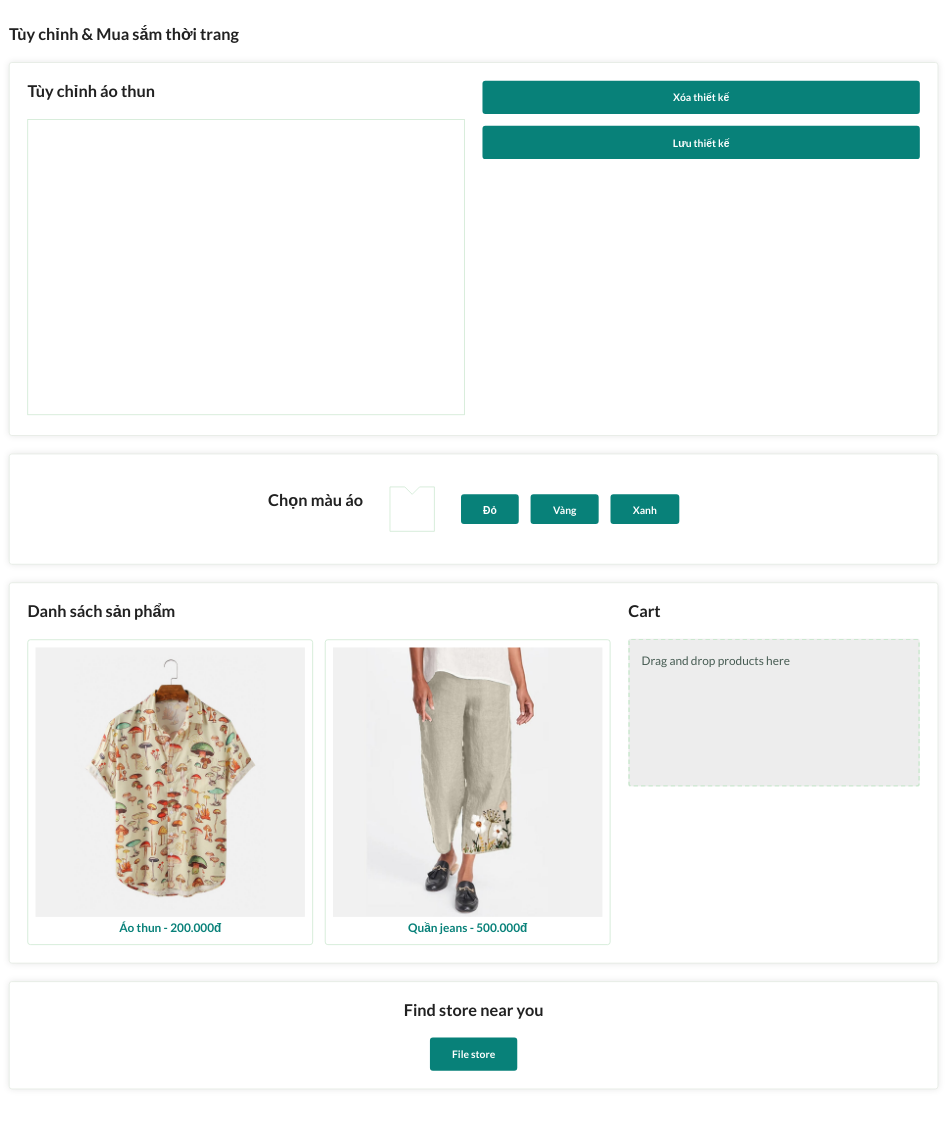
Repository: binhphanbp/evara-ecommerce
Page: custome-shop.html
These files come from the project's save history. The page is drawn as it stood at one moment and after the next save; the edit follows.
The browser window is 1280 px wide. The pictures show the whole page, at 74% of full size.

Above is the page before, as saved 2025-06-17 07:49:17.

After the next save:
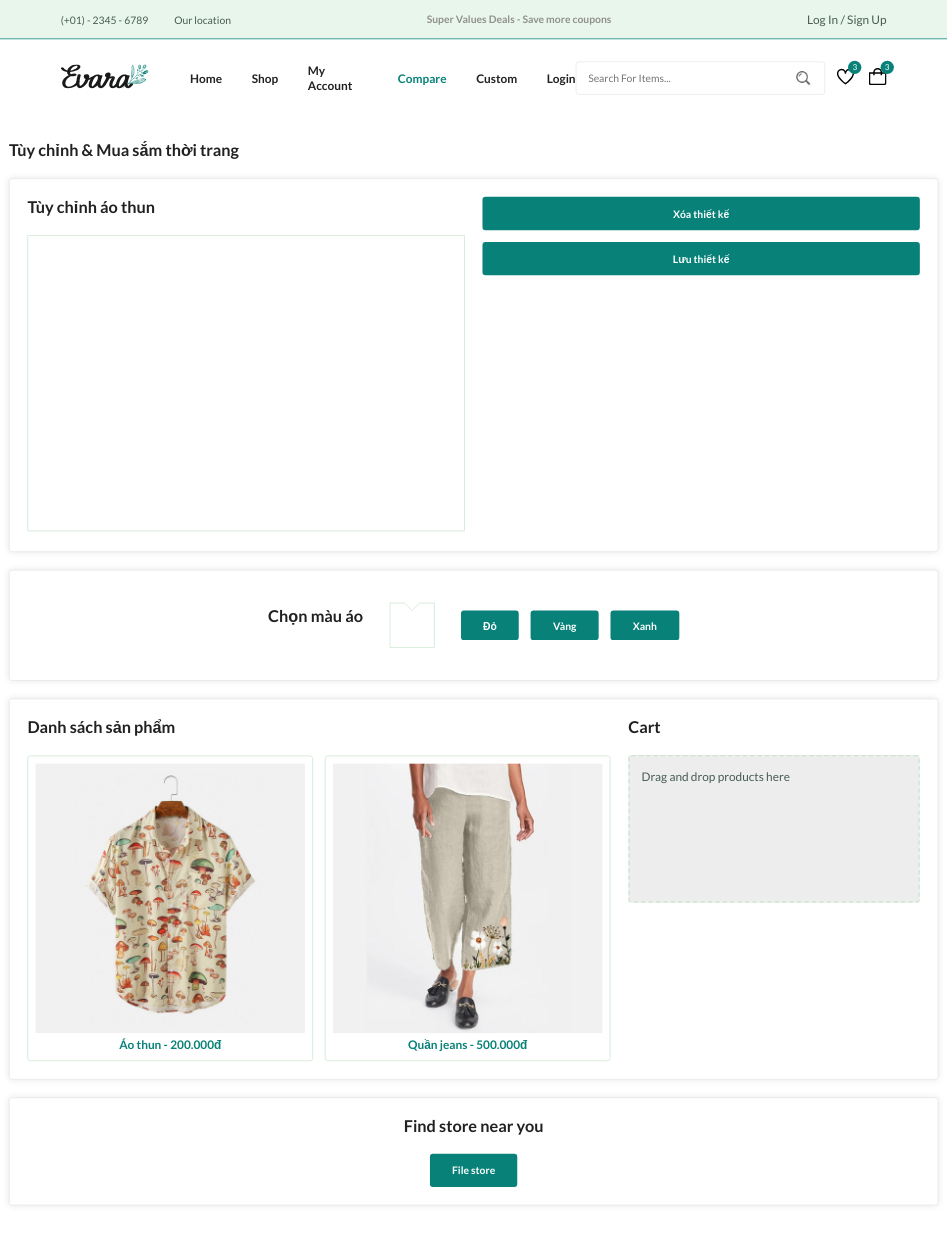
Saved 28 s later.
--- a/custome-shop.html
+++ b/custome-shop.html
@@ -125,6 +125,76 @@
     </style>
   </head>
   <body>
+    <!--=============== HEADER ===============-->
+    <header class="header">
+      <div class="header__top">
+        <div class="header__container container">
+          <div class="header__contact">
+            <span>(+01) - 2345 - 6789</span>
+            <span>Our location</span>
+          </div>
+          <p class="header__alert-news">
+            Super Values Deals - Save more coupons
+          </p>
+          <a href="login-register.html" class="header__top-action">
+            Log In / Sign Up
+          </a>
+        </div>
+      </div>
+
+      <nav class="nav container">
+        <a href="index.html" class="nav__logo">
+          <img
+            class="nav__logo-img"
+            src="assets/img/logo.svg"
+            alt="website logo"
+          />
+        </a>
+        <div class="nav__menu" id="nav-menu">
+          <ul class="nav__list">
+            <li class="nav__item">
+              <a href="index.html" class="nav__link">Home</a>
+            </li>
+            <li class="nav__item">
+              <a href="shop.html" class="nav__link">Shop</a>
+            </li>
+            <li class="nav__item">
+              <a href="accounts.html" class="nav__link">My Account</a>
+            </li>
+            <li class="nav__item">
+              <a href="compare.html" class="nav__link active-link">Compare</a>
+            </li>
+            <li class="nav__item">
+              <a href="custome-shop.html" class="nav__link">Custom</a>
+            </li>
+            <li class="nav__item">
+              <a href="login-register.html" class="nav__link">Login</a>
+            </li>
+          </ul>
+          <div class="header__search">
+            <input
+              type="text"
+              placeholder="Search For Items..."
+              class="form__input"
+            />
+            <button class="search__btn">
+              <img src="assets/img/search.png" alt="search icon" />
+            </button>
+          </div>
+        </div>
+        <div class="header__user-actions">
+          <a href="wishlist.html" class="header__action-btn" title="Wishlist">
+            <img src="assets/img/icon-heart.svg" alt="" />
+            <span class="count">3</span>
+          </a>
+          <a href="cart.html" class="header__action-btn" title="Cart">
+            <img src="assets/img/icon-cart.svg" alt="" />
+            <span class="count">3</span>
+          </a>
+        </div>
+      </nav>
+    </header>
+
     <div class="custom-shop-container">
       <h1 class="section__title">
         Tùy chỉnh & Mua sắm thời trang <span></span>
